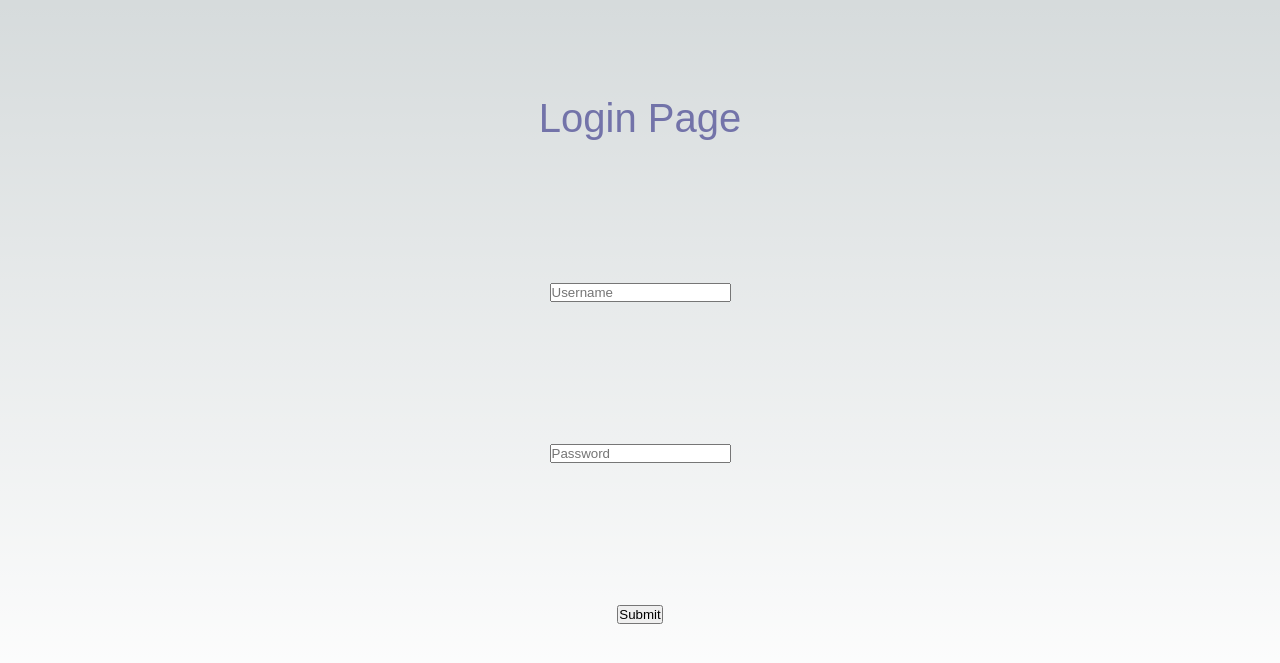
Repository: SaraShio/counter
Page: /
An editor plug-in stored every save of this project. The page is shown before and after the next save, followed by the edit.
The browser window is 1280 px wide. The pictures show the whole page.
The project was rebuilt for these pictures with package versions that can differ from the ones it lists, and the page was loaded fresh each time. The framework's server and built-in components were replaced by stand-ins that run in the browser. Also part of the build but not shown: next.config.js.

Above is the page before, as saved 2023-01-15 17:36:49.

After the next save:
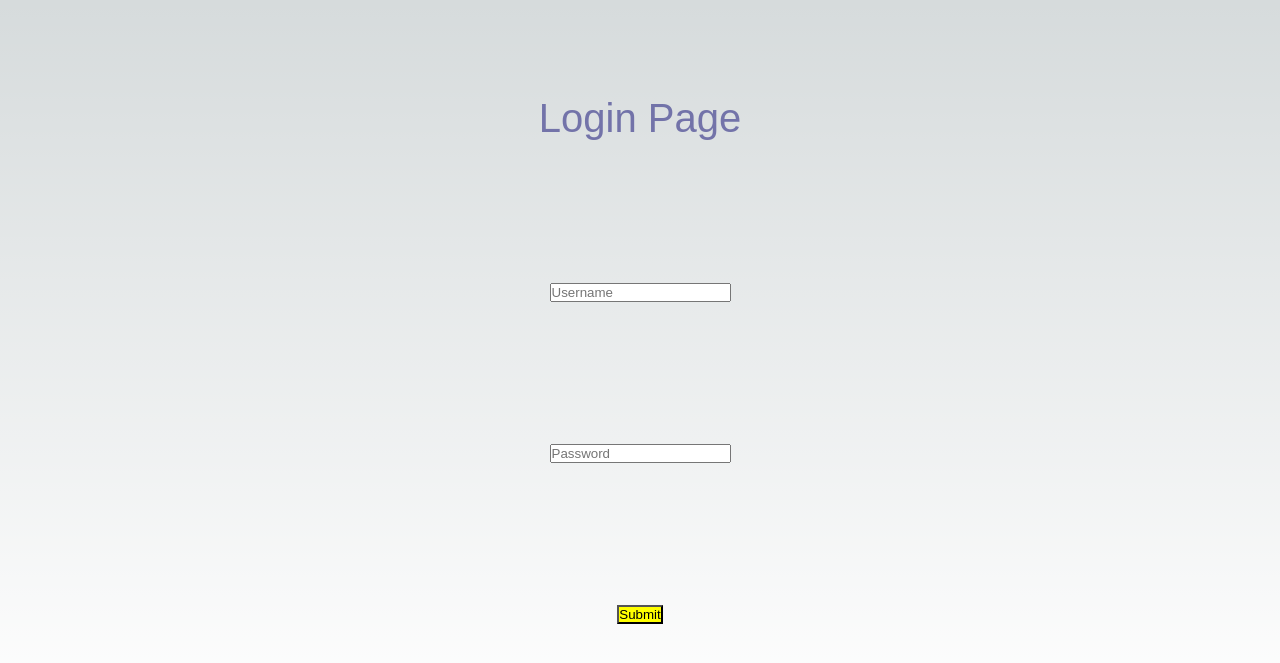
Saved 30 s later.
--- a/styles/Home.module.css
+++ b/styles/Home.module.css
@@ -126,7 +126,7 @@
   box-shadow: 0px 2px 8px -1px #0000001a;
 }
 
-.button {
+button {
   background-color: yellow;
 }
 

After the 3 saves that followed:
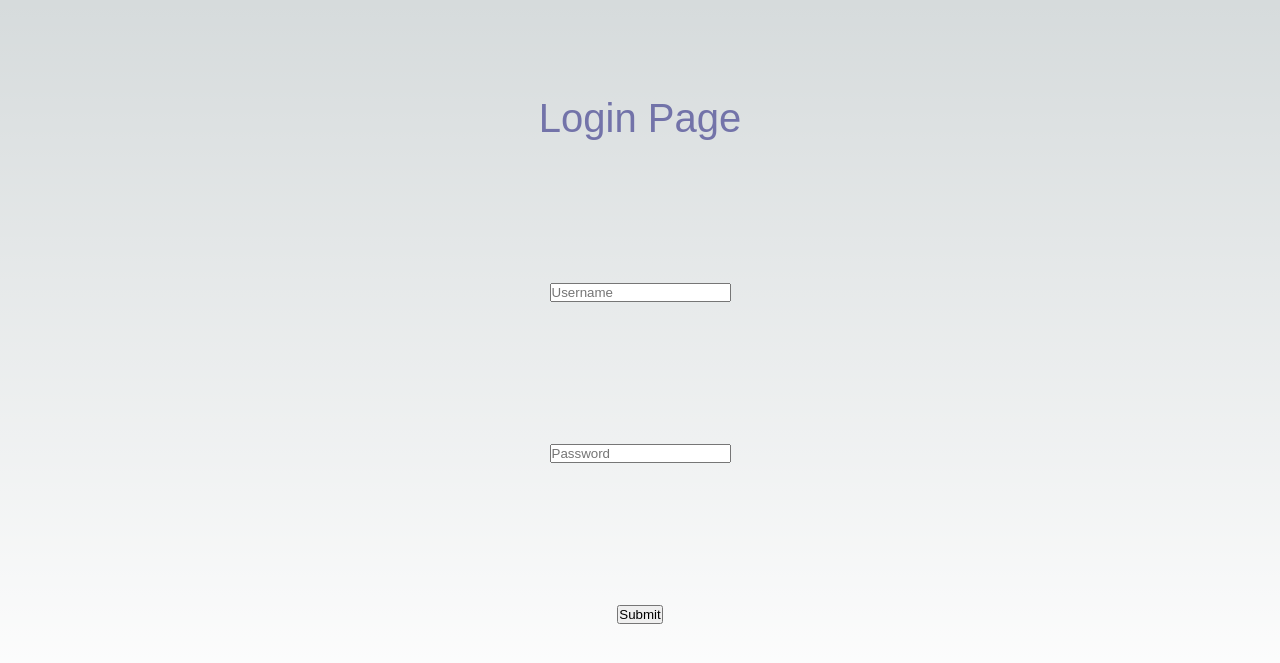
The 3 saves are shown as one change because they came seconds apart.
The last was saved 10 s later.
--- a/styles/Home.module.css
+++ b/styles/Home.module.css
@@ -126,7 +126,7 @@
   box-shadow: 0px 2px 8px -1px #0000001a;
 }
 
-button {
+.button {
   background-color: yellow;
 }
 
